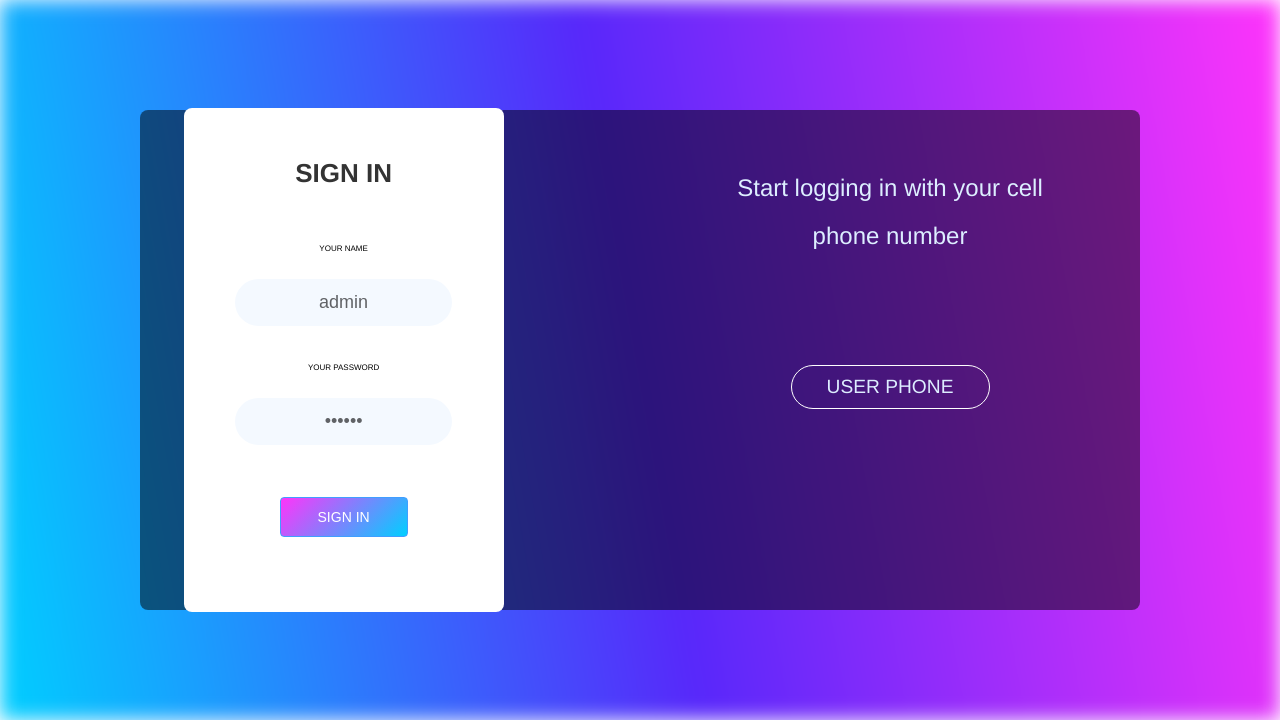
Repository: chunkpig/vue-admin
Page: /
An editor plug-in stored every save of this project. The page is shown before and after the next save, followed by the edit.
The browser window is 1280 px wide. The pictures show the whole page.
The project was rebuilt for these pictures with package versions that can differ from the ones it lists, and the page was loaded fresh each time. Also part of the build but not shown: vue.config.js.

Above is the page before, as saved 2020-12-07 10:04:37.

After the next save:
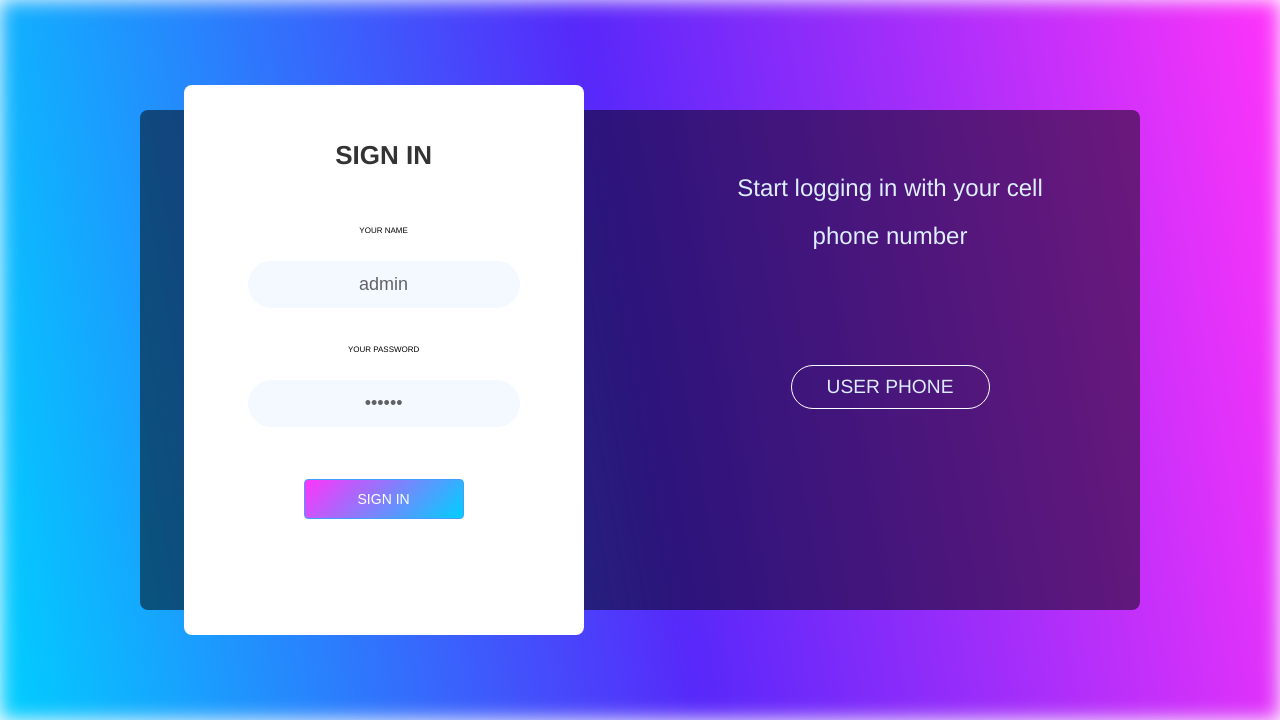
Saved 17 s later.
--- a/src/views/login/index.vue
+++ b/src/views/login/index.vue
@@ -95,8 +95,8 @@ $cursor: #333;
         left: 37%;
         width: 400px;
         height: 550px;
-        max-width: 25%;
-        max-height: 70%;
+        // max-width: 25%;
+        // max-height: 70%;
         display: flex;
         align-items: center;
         justify-content: center;
